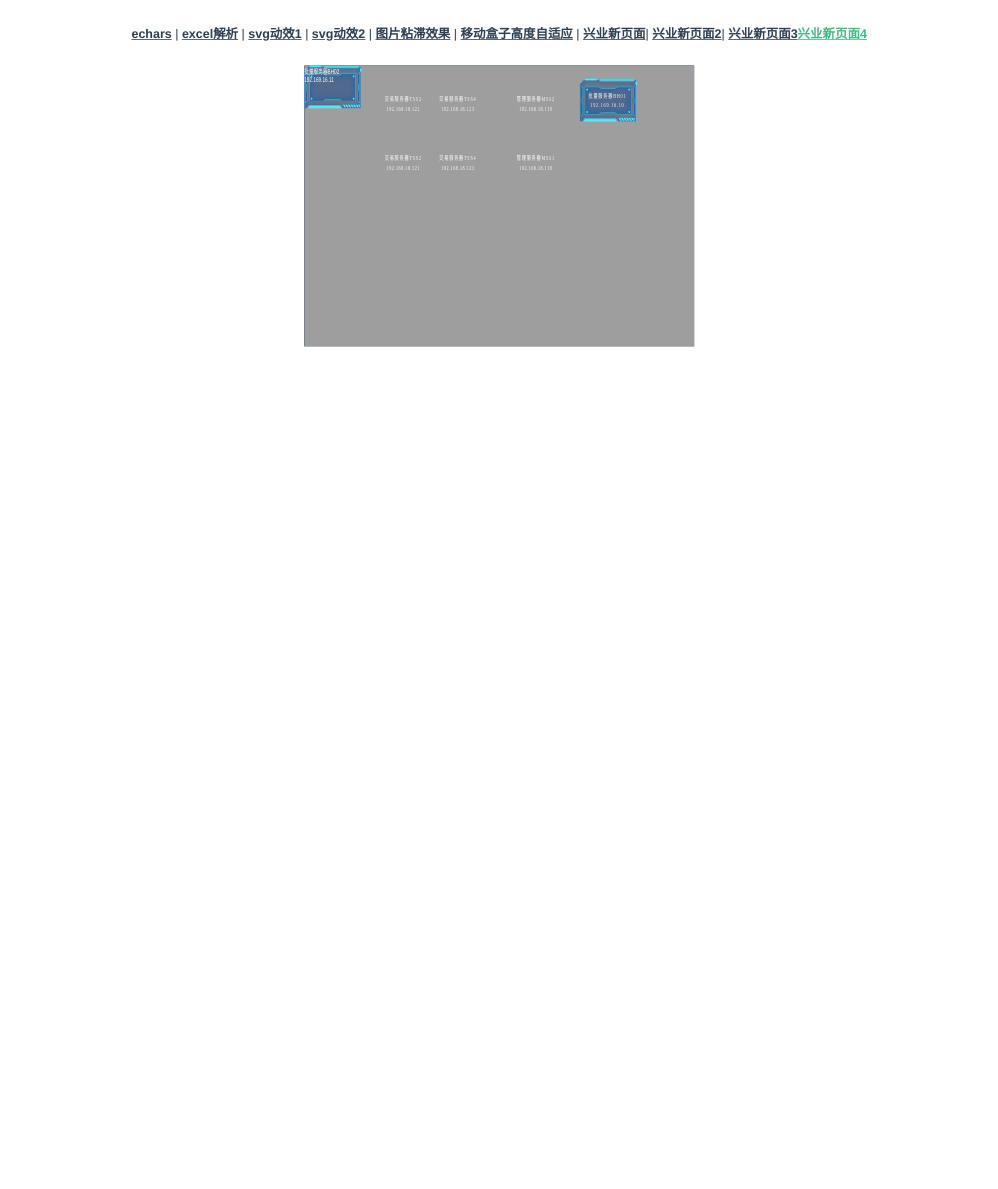
Repository: dmj199811/animation-dmj
Page: /#/work-page6
The author's editor kept a copy of each file at every save. The page is drawn from the files as they stood at one save, then again after the next save.
The browser window is 1280 px wide. The pictures show the whole page, at 78% of full size.
Pictures or frames that could not be fetched are drawn as grey boxes. The project was rebuilt for these pictures with package versions that can differ from the ones it lists, and the page was loaded fresh each time.

Above is the page before, as saved 2020-07-02 16:05:15.

### src/App.vue
<template>
  <div id="app">
    <div id="nav"
         v-if="this.$store.state.pageShow">
      <router-link to="/">echars</router-link> |
      <router-link to="/xlsx-example">excel解析</router-link> |
      <router-link to="/svg-example1">svg动效1</router-link> |
      <router-link to="/svg-example2">svg动效2</router-link> |
      <router-link to="/work-message">图片粘滞效果</router-link> |
      <router-link to="/work-page2">移动盒子高度自适应</router-link> |
      <router-link to="/work-page3">兴业新页面</router-link>|
      <router-link to="/work-page4">兴业新页面2</router-link>|
      <router-link to="/work-page5">兴业新页面3</router-link>
      <router-link to="/work-page6">兴业新页面4</router-link>
    </div>
    <router-view />
  </div>
</template>

<style lang="less">
body {
  margin: 0;
}
#app {
  font-family: Avenir, Helvetica, Arial, sans-serif;
  -webkit-font-smoothing: antialiased;
  -moz-osx-font-smoothing: grayscale;
  text-align: center;
  color: #2c3e50;
}

#nav {
  padding: 30px;

  a {
    font-weight: bold;
    color: #2c3e50;

    &.router-link-exact-active {
      color: #42b983;
    }
  }
}
</style>

### src/router/index.js
import Vue from 'vue'
import VueRouter from 'vue-router'

Vue.use(VueRouter)

const routes = [
  {
    path: '/',
    redirect: '/circle-echarts',
  },
  {
    path: '/circle-echarts',
    name: 'ani2',
    component: () => import('../views/circle-echarts/index.vue')
  },
  {
    path: '/xlsx-example',
    name: 'xlsx1',
    component: () => import('../views/xlsx1/index.vue')
  },
  {
    path: '/svg-example1',
    name: 'svg1',
    component: () => import('../views/svg1/index.vue')
  },
  {
    path: '/svg-example2',
    name: 'svg2',
    component: () => import('../views/svg2/index.vue')
  },
  {
    path: '/work-message',
    name: 'message1',
    component: () => import('../views/work/message/index.vue')
  },
  {
    path: '/work-page2',
    name: 'show1',
    component: () => import('../views/work/show1/index.vue')
  },
  {
    path: '/work-page3',
    name: 'show2',
    component: () => import('../views/newPage/index.vue')
  },
  {
    path: '/work-page4',
    name: 'show2',
    component: () => import('../views/newPage2/index.vue')
  },
  {
    path: '/work-page5',
    name: 'show3',
    component: () => import('../views/newPage3/index.vue')
  },
  {
    path: '/work-page6',
    name: 'show4',
    component: () => import('../views/newPage4/index.vue')
  },
]

const router = new VueRouter({
  routes
})

export default router

### src/views/newPage4/index.vue
<template>
  <div class="box">
    <div class="use-box">
      <div class="use-box-bg">
        <!-- 交易服务器 -->
        <div class="deal">
          <div class="deal-server pos1">
            <div class="deal-server-item">
              <div>交易服务器TSS2</div>
              <div>192.168.18.121</div>
            </div>
          </div>
          <div class="deal-server pos2">
            <div class="deal-server-item">
              <div>交易服务器TSS2</div>
              <div>192.168.18.121</div>
            </div>
          </div>
          <div class="deal-server pos3">
            <div class="deal-server-item">
              <div>交易服务器TSS4</div>
              <div>192.168.18.123</div>
            </div>
          </div>
          <div class="deal-server pos4">
            <div class="deal-server-item">
              <div>交易服务器TSS4</div>
              <div>192.168.18.123</div>
            </div>
          </div>
          <!-- 管理服务器 -->
            <div>
              <div class="deal-server pos5">
                <div class="deal-server-item">
                  <div>管理服务器MSS2</div>
                  <div>192.168.18.119</div>
                </div>
              </div>
              <div class="deal-server pos6">
                <div class="deal-server-item">
                  <div>管理服务器MSS1</div>
                  <div>192.168.18.118</div>
                </div>
              </div>
            </div>
        </div>

        <!-- 批量服务器 -->
        <div class="batch batch-pos1">
          <div class="batch-item ">
            <div>批量服务器BH01</div>
            <div>192.169.16.10</div>
          </div>
        </div>
        <div class="batch">
          <div class="batch-itembatch-pos2 ">
            <div>批量服务器BH02</div>
            <div>192.169.16.11</div>
          </div>
        </div>
      </div>
    </div>
  </div>
</template>
<script>
export default {
  data () {
    return {}
  },
  mounted () {
    this.fullScreen()
    let a = {
      'ATM系统': 'N',
      '网上银行域': 'E',
      'IC借记卡系统': 'N',
      'CFP系统': 'W',
      '电话银行域': 'E',
      '金卡系统': 'N',
      '零售信贷系统': 'W',
      '联机交易转发平台': 'N',
      '核心联机交易平台': 'E',
      'OFEP': 'W',
      '会计辅助管理系统': 'W',
      '业务策略管控平台': 'E',
      '历史检索系统': 'N',
      '企业数据集成平台': 'N',
      '银联数据综合前置系统': 'E',
      '理财卡外包制卡系统': 'W',
      '数据仓库系统': 'E',
      '统一报表系统': 'W',
      '企业CRM系统': 'N'
    }

    this.dataToArray(a)
    window.onresize = () => {
      this.fullScreen()
    }
  },
  methods: {
    fullScreen () {
      $('.box').css('transform', `scale(${document.documentElement.clientWidth / 3840},${document.documentElement.clientHeight / 1440})`)
    },
    dataToArray (data) {

    }
  }
}
</script>
<style lang="less">
.box {
  text-align: left;
  transform-origin: 0 0;
  width: 3840px;
  height: 1440px;
}
.use-box {
  font-size: 18px;
  width: 1500px;
  box-sizing: border-box;
  height: 720px;
  background: #0e2550;
  margin: 0 auto;
  color: white;
}
.use-box div {
  box-sizing: border-box;
}

.use-box-bg {
  width:  100%;
  height: 100%;
  background-image: url(./img/line.png);
  background-size: 100% 100%;
  position: relative;
}

.deal-server {
  width:  180px;
  height: 70px;
  background-image: url(./img/1blue.png);
  background-size: 100% 100%;
  overflow: hidden;

}

.deal-server-item {
  width:192px;
  height:60px;
  font-size:16px;
  font-family:Adobe Heiti Std;
  font-weight:normal;
  color:rgba(255,255,255,1);
  line-height:25px;
  letter-spacing: 3px;
  text-align: center;
  margin-top: 15px;
  margin-left: -5px;
}

.deal-server-item > div:nth-child(2) {
  letter-spacing: 2px;
}

.pos1 {
  position: absolute;
  top: 58px;
  left: 290px;
}

.pos2 {
  position: absolute;
  top: 209px;
  left: 290px;
}

.pos3 {
  position: absolute;
  top: 58px;
  left: 500px;
}

.pos4 {
  position: absolute;
  top: 209px;
  left: 500px;
}

.pos5 {
  position: absolute;
  top: 58px;
  left: 800px;
}

.pos6 {
  position: absolute;
  top: 209px;
  left: 800px;
}

.batch {
  width:  220px;
  height: 110px;
  background-image: url(./img/rightBlue.png);
  background-size: 100% 100%;
  overflow: hidden;
}

.batch-item {
  width:192px;
  height:60px;
  font-size:16px;
  font-family:Adobe Heiti Std;
  font-weight:normal;
  color:rgba(255,255,255,1);
  line-height:25px;
  letter-spacing: 3px;
  text-align: center;
  margin-top: 30px;
  margin-left: 10px;
}
.batch-pos1 {
  position: absolute;
  top: 34px;
  left: 1060px;
}
.batch-pos2 {
  position: absolute;
  top: 90px;
  left: 1060px;
}

</style>

Loaded but not shown: public/index.html (common file); src/main.js (common file); src/store/index.js (common file)

After the next save:
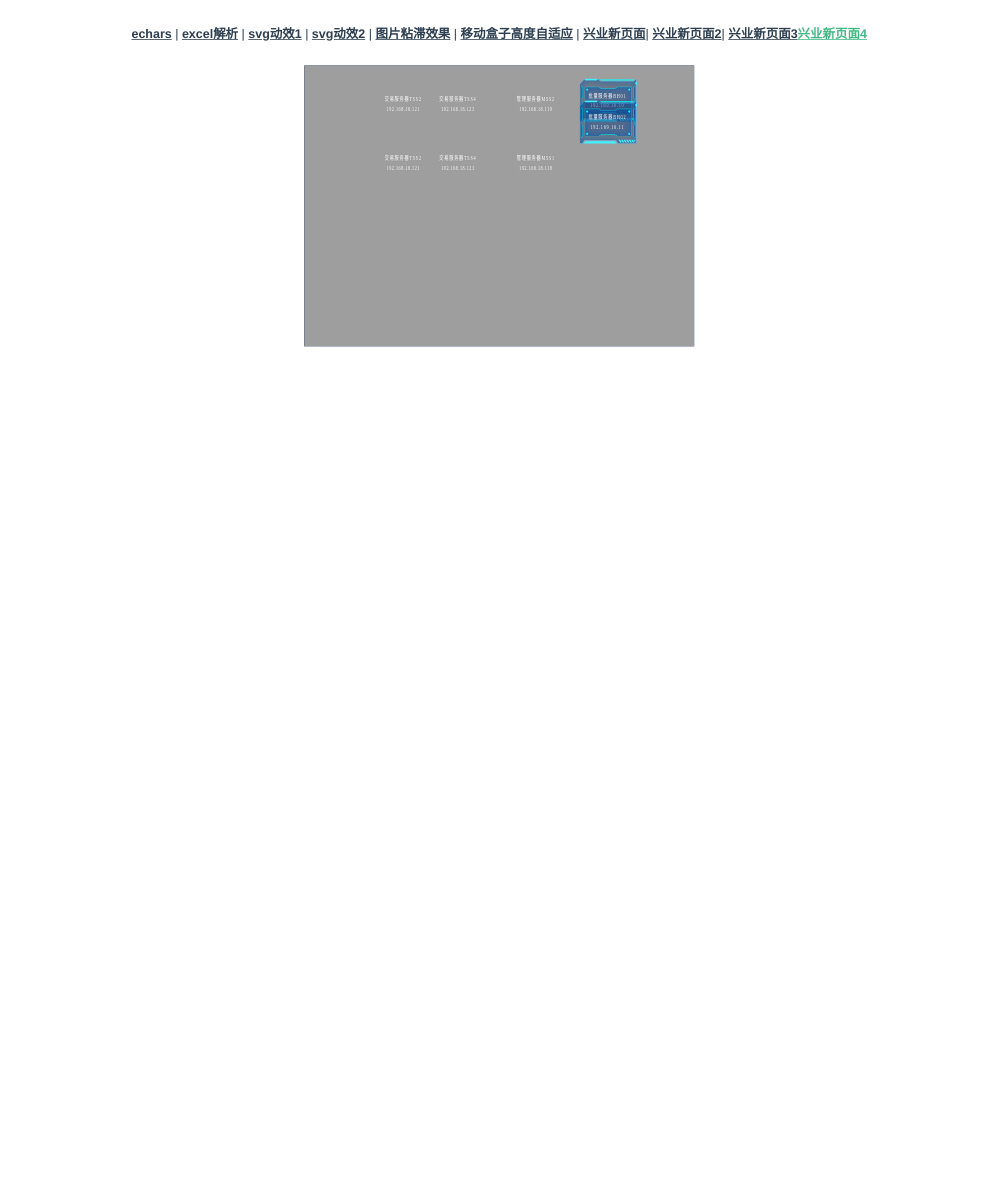
Saved 17 s later.
--- a/src/views/newPage4/index.vue
+++ b/src/views/newPage4/index.vue
@@ -52,8 +52,8 @@
             <div>192.169.16.10</div>
           </div>
         </div>
-        <div class="batch">
-          <div class="batch-itembatch-pos2 ">
+        <div class="batch batch-pos2">
+          <div class="batch-item ">
             <div>批量服务器BH02</div>
             <div>192.169.16.11</div>
           </div>
